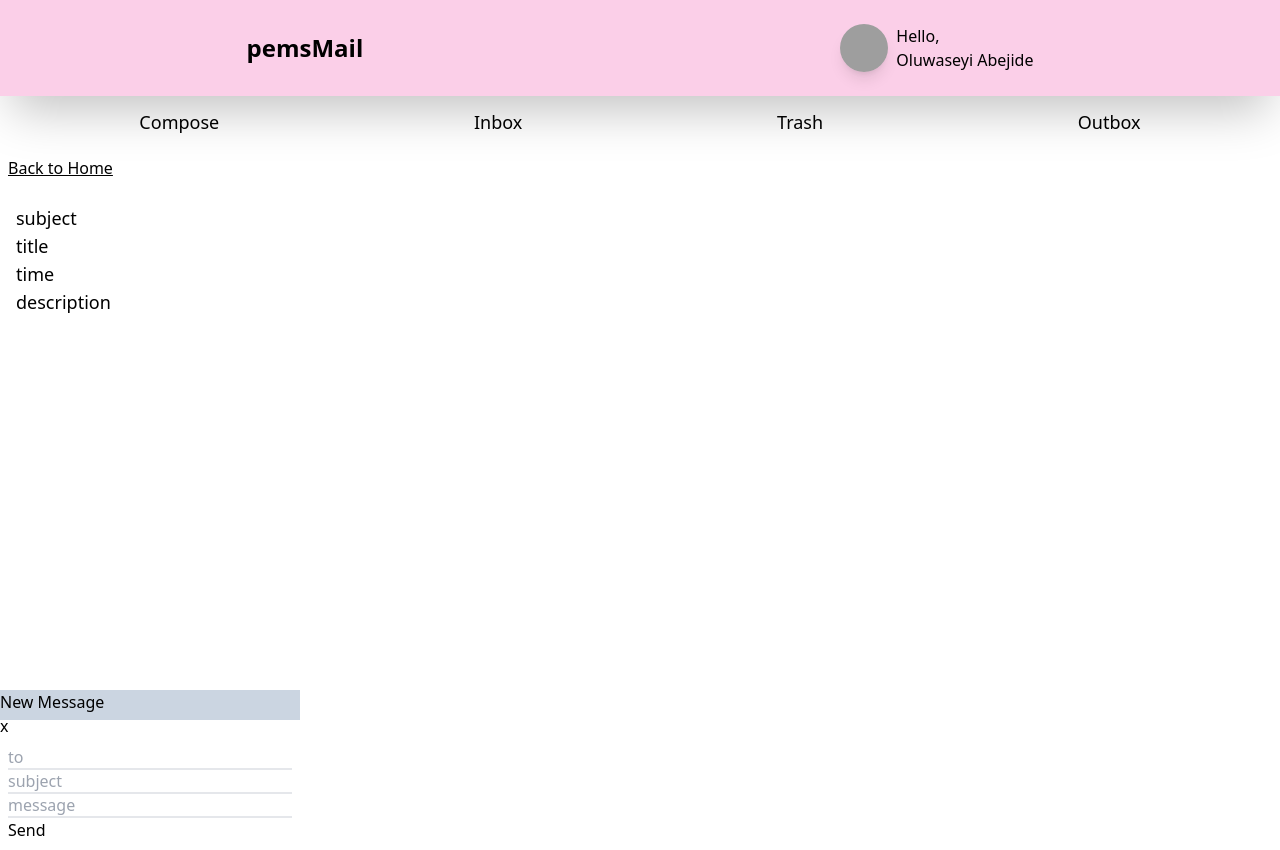
Repository: Semanmernstack/mailclone
Page: /mail
The author's editor kept a copy of each file at every save. The page is drawn from the files as they stood at one save, then again after the next save.
The browser window is 1280 px wide. The pictures show the whole page.
Pictures or frames that could not be fetched are drawn as grey boxes. The project was rebuilt for these pictures with package versions that can differ from the ones it lists, and the page was loaded fresh each time. Also part of the build but not shown: src/features/counter/Counter.module.css, src/features/counter/Counter.js, src/OpenRow.js, src/Open.js.

Above is the page before, as saved 2023-01-16 04:04:20.

After the next save:
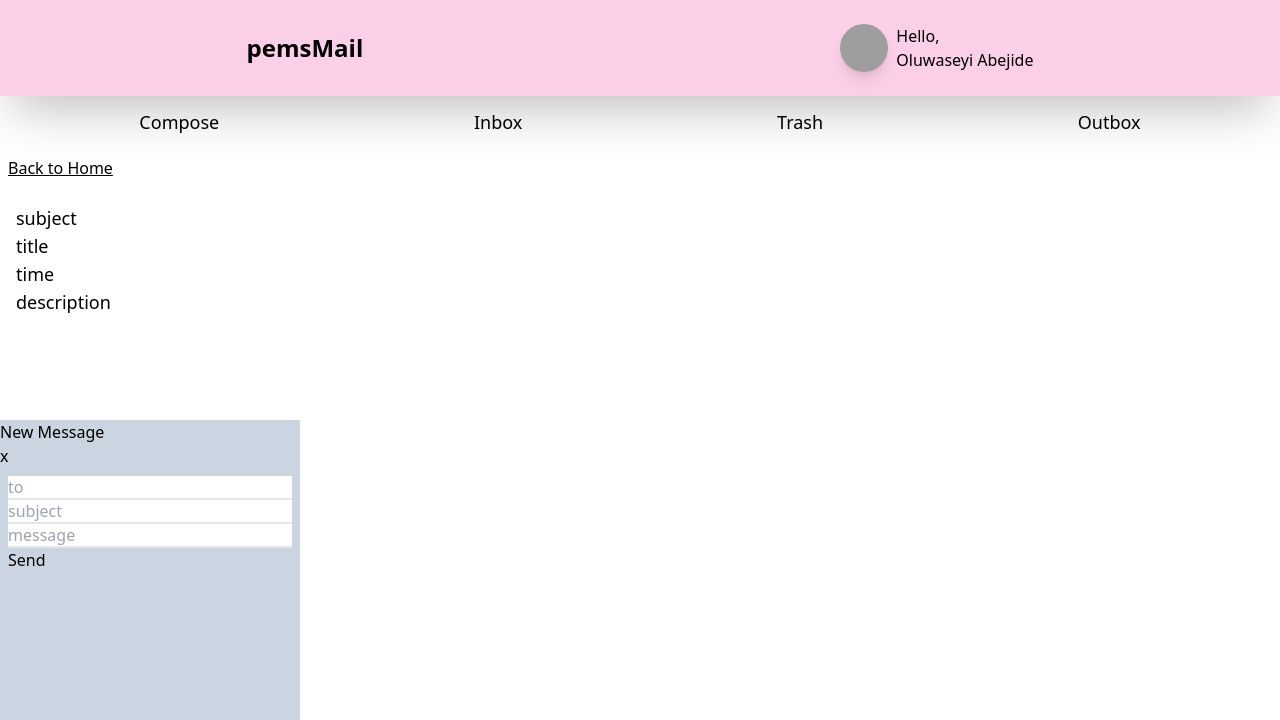
Saved 14 s later.
--- a/src/SendMail.js
+++ b/src/SendMail.js
@@ -5,7 +5,7 @@ function SendMail() {
     const { register, handleSubmit, formState: { errors } } = useForm();
     const onSubmit = (formData) => {}
   return (
-    <div className=" flex absolute bottom-0 flex-col max-width-[350px] h-[30px] w-[300px] bg-slate-300">
+    <div className=" flex absolute bottom-0 flex-col max-width-[350px] h-[300px] w-[300px] bg-slate-300">
             <div className=" ">
                 <h3>New Message</h3>
                 <button   >x</button>
